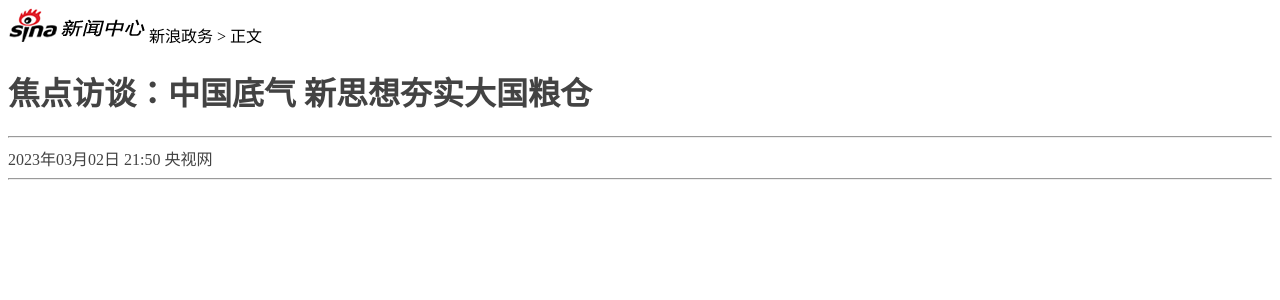
Repository: normalSp/HTMLLearn
Page: 02. 新浪新闻-标题-样式.html
An editor plug-in stored every save of this project. The page is shown before and after the next save, followed by the edit.
The browser window is 1280 px wide. The pictures show the whole page.

Above is the page before, as saved 2024-04-12 14:03:15.

### 02. 新浪新闻-标题-样式.html
<!-- 文档类型为HTML -->
<!DOCTYPE html>
<html lang="en">
<head>
    <!-- 字符集为UTF-8 -->
    <meta charset="UTF-8">
    <!-- 设置浏览器兼容性 -->
    <meta http-equiv="X-UA-Compatible" content="IE=edge">
    <meta name="viewport" content="width=device-width, initial-scale=1.0">
    <title>焦点访谈：中国底气 新思想夯实大国粮仓</title>

    <!-- 方式二：内联样式 -->
    <!-- <style>
        h1{
            color:red;
        }
    </style> -->

    <!-- 方法三：外联样式 -->
    <link rel="stylesheet" href="./css/new.css">

</head>
<body>
    <img src="img/news_logo.png"> 新浪政务 > 正文

    <!-- 方式一：行内样式 -->
    <!-- <h1 style="color: rgb(217, 23, 23);">焦点访谈：中国底气 新思想夯实大国粮仓</h1> -->
    <h1>焦点访谈：中国底气 新思想夯实大国粮仓</h1>




    <hr>
    <span>2023年03月02日</span>
     <span>21:50 央视网</span>
    <hr>

</body>
</html>

### css/new.css
h1{
    color: #434343;
}
span{
    color: #434343;
}

After the next save:
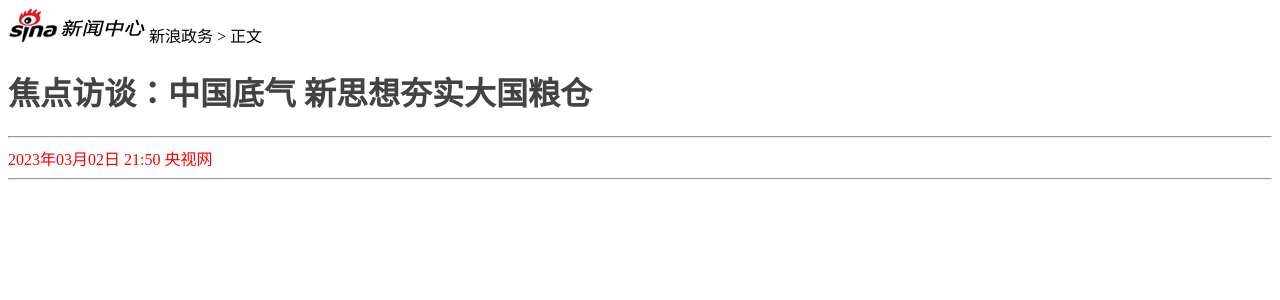
Saved 14 s later.
--- a/css/new.css
+++ b/css/new.css
@@ -2,5 +2,5 @@
     color: #434343;
 }
 span{
-    color: #434343;
+    color: #ff0000;
 }

After the save that followed:
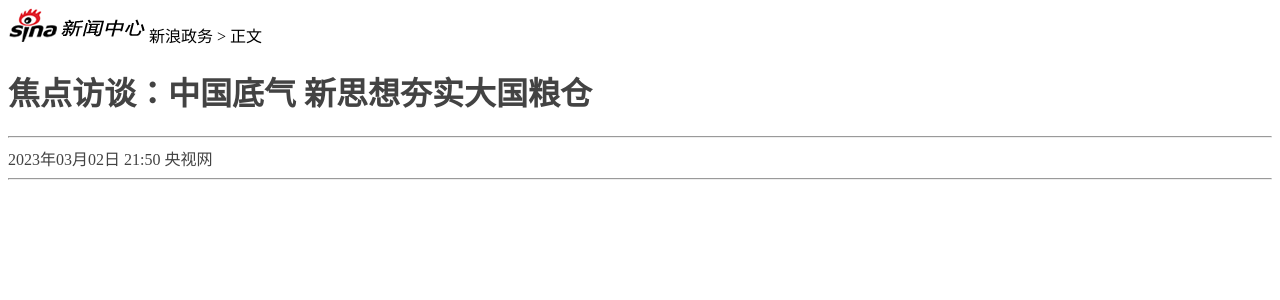
Saved 5 s later.
--- a/css/new.css
+++ b/css/new.css
@@ -2,5 +2,5 @@
     color: #434343;
 }
 span{
-    color: #ff0000;
+    color: #434343;
 }
